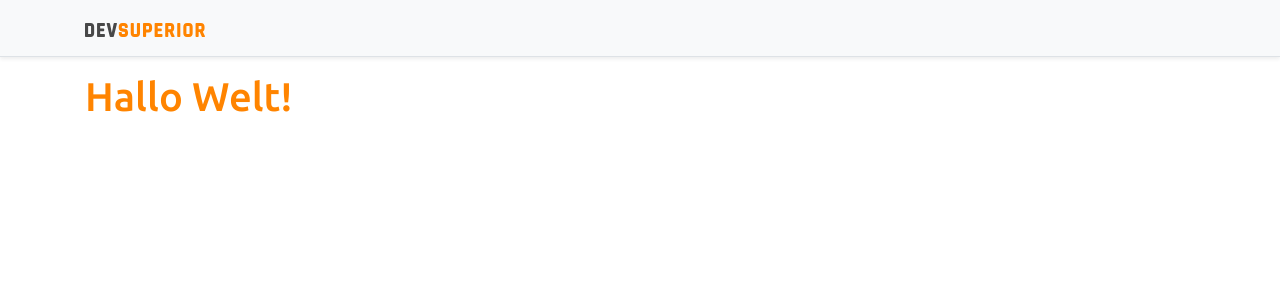
Repository: crdpc/projeto-sds3
Page: / (app in frontend/)
The author's editor kept a copy of each file at every save. The page is drawn from the files as they stood at one save, then again after the next save.
The browser window is 1280 px wide. The pictures show the whole page.
The project was rebuilt for these pictures with package versions that can differ from the ones it lists, and the page was loaded fresh each time.

Above is the page before, as saved 2021-05-04 20:16:24.

### frontend/public/index.html
<!DOCTYPE html>
<html lang="pt_BR">
  <head>
    <meta charset="utf-8" />
    <link rel="icon" href="%PUBLIC_URL%/favicon.ico" />
    <meta name="viewport" content="width=device-width, initial-scale=1" />
    <meta name="theme-color" content="#000000" />
    <meta
      name="description"
      content="App Desenvolvido na III Semana Spring React"
    />

    <title>DSVendas</title>
  </head>
  <body>
    <noscript>Você precisa habilitar o java script para rodar esse app.</noscript>
    <div id="root"></div>

  </body>
</html>

### frontend/src/App.tsx
import NavBar from "components/NavBar";

function App() {
  return (
    <>
      <NavBar />
      <div className="container">
        <h1 className="text-primary">Hallo Welt!</h1>
      </div>
    </>
  );
}

export default App;

### frontend/src/components/NavBar/index.tsx
import ImgDsDark from 'assets/img/ds-dark.svg';
function NavBar() {
    return (
        <div>
            <div className="d-flex flex-column flex-md-row align-items-center p-3 px-md-4 mb-3 bg-light border-bottom shadow-sm">
                <div className="container">
                    <nav className="my-2 my-md-0 mr-md-3">
                        <img src={ImgDsDark} alt="DevSuperior" width="120" />
                    </nav>
                </div>
            </div>
        </div>
    );
}

export default NavBar;

### frontend/src/components/Footer/index.tsx
import ImgDsDark from 'assets/img/ds-dark.svg';
function Footer() {
    return (
        <div>
            <footer className="footer mt-auto py-3 bg-dark">
  <div className="container">
    <p className="text-light">App desenvolvido por <a href="https://github.com/crdpc" target="_blank" rel="noreferrer">Carlos Domingues</a></p>
    <p className="text-light"><small><strong>Semana III Spring React</strong><br/>
      Evento promovido pela escola DevSuperior: <a href="https://www.instagram.com/carlos_rdomingues/" target="_blank" rel="noreferrer">@carlos_rdomingues</a></small></p>
  </div>
</footer>
        </div>
    );
}

export default Footer;

Loaded but not shown: frontend/src/index.tsx (common file); frontend/src/assets/css/styles.css (common file)

After the next save:
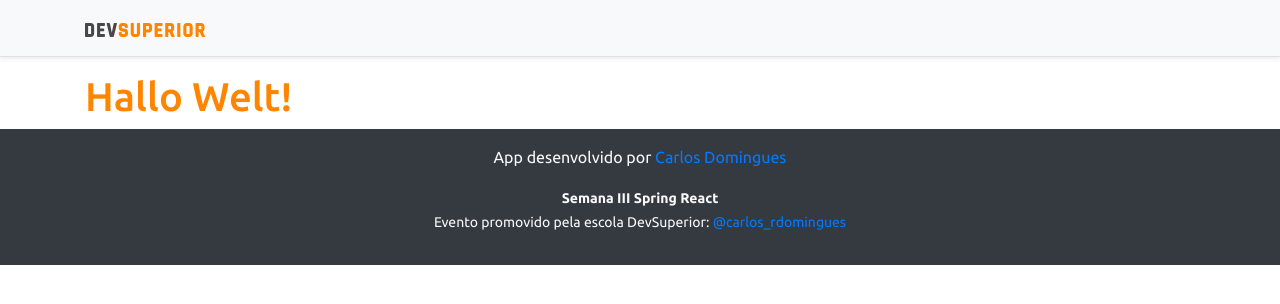
Saved 95 s later.
--- a/frontend/src/App.tsx
+++ b/frontend/src/App.tsx
@@ -1,3 +1,4 @@
+import Footer from "components/Footer";
 import NavBar from "components/NavBar";
 
 function App() {
@@ -7,6 +8,7 @@ function App() {
       <div className="container">
         <h1 className="text-primary">Hallo Welt!</h1>
       </div>
+      <Footer />
     </>
   );
 }
